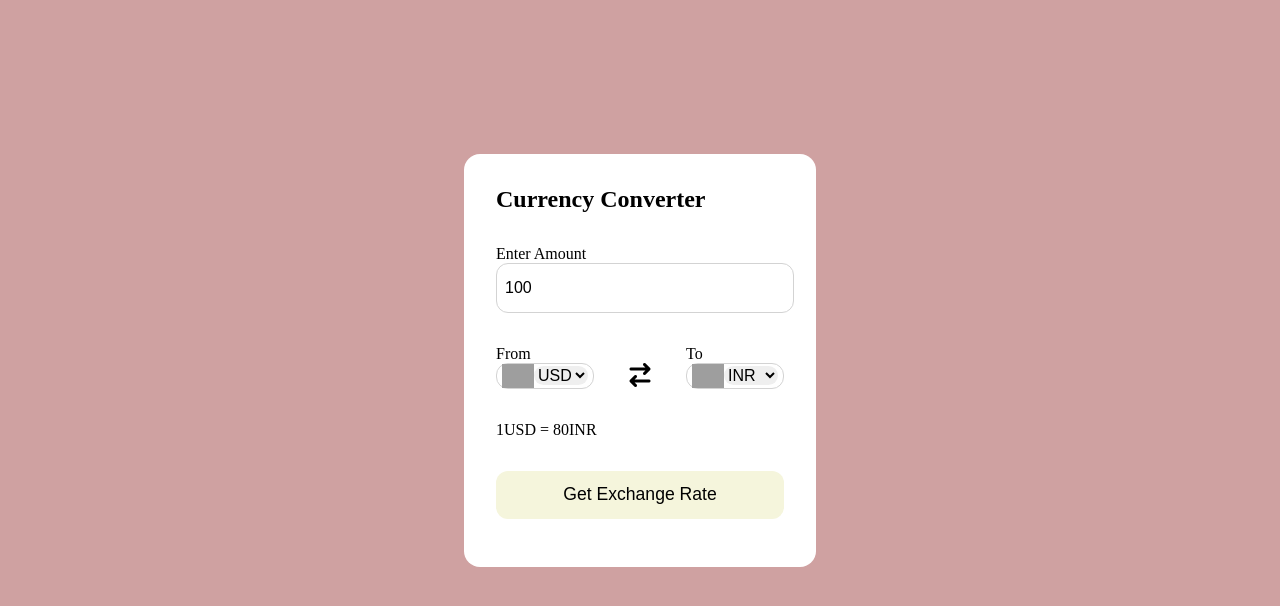
Repository: Chiranshukapil/Currency-Converter
Page: index.html
The author's editor kept a copy of each file at every save. The page is drawn from the files as they stood at one save, then again after the next save.
The browser window is 1280 px wide. The pictures show the whole page.
Pictures or frames that could not be fetched are drawn as grey boxes.

Above is the page before, as saved 2024-07-01 04:36:01.

### index.html
<!DOCTYPE html>
<html lang="en">
<head>
    <meta charset="UTF-8">
    <meta name="viewport" content="width=device-width, initial-scale=1.0">
    <title>Currency Converter</title>
    <link rel="stylesheet" href="style.css">
    <link rel="stylesheet" href="https://cdnjs.cloudflare.com/ajax/libs/font-awesome/6.5.2/css/all.min.css" integrity="sha512-SnH5WK+bZxgPHs44uWIX+LLJAJ9/2PkPKZ5QiAj6Ta86w+fsb2TkcmfRyVX3pBnMFcV7oQPJkl9QevSCWr3W6A==" crossorigin="anonymous" referrerpolicy="no-referrer" />
</head>
<body>
    <div class="container">
        <h2>Currency Converter</h2>
        <form>
            <div class="amount">
                <p>Enter Amount</p>
                <input value="100" type="text">
            </div>
            <div class="dropdown">
                <div class="from">
                    <p>From</p>
                    <div class="select-container">
                        <img src="https://flagsapi.com/US/flat/64.png">
                        <select name="from">
                            <option value="USD">USD</option>
                            <option value="INR">INR</option>
                            <option value="EUR">EUR</option>
                            <option value="AUD">AUD</option>
                        </select>
                    </div>
                </div>
                <i class="fa-solid fa-arrow-right-arrow-left"></i>
                <div class="to">
                    <p>To</p>
                    <div class="select-container">
                        <img src="https://flagsapi.com/IN/flat/64.png">
                        <select name="to">
                            <option value="USD">USD</option>
                            <option value="INR" selected>INR</option>
                            <option value="EUR">EUR</option>
                            <option value="AUD">AUD</option>
                        </select>
                    </div>
                </div>
            </div>
            <div class="msg">1USD = 80INR</div>
            <button>Get Exchange Rate</button>
        </form>
    </div>



    <script src="script.js"></script>
</body>
</html>

### style.css
*{
    margin: 0;
    padding: 0;
}

html,body{
    height: 100%;
    width: 100%;
    display: flex;
    flex-direction: column;
    align-items: center;
    justify-content: center;
    background-color: rgb(207, 161, 161);
}
.container{
    /* display: flex;
    flex-direction: column;
    text-align: center;
    align-items: center;
    justify-content: center; */
    background-color: white;
    padding: 2rem;
    border-radius: 1rem;
    min-height: 45vh;
    width: 40vh;
}

form{
    margin: 2rem 0 1rem 0;
}

form select,button,input{
    width: 100%;
    border: none;
    outline: none;
    border-radius: 0.75rem;
}

form input{
    border: 1px solid lightgray;
    font-size: 1rem;
    height: 3rem;
    padding-left: 0.5rem;
}

.dropdown{
    display: flex;
    justify-content: space-between;
    align-items: center;
    margin-top: 2rem;
}

.dropdown i{
    font-size: 1.5rem;
    margin-top: 1rem;
}

.select-container img{
    max-width: 2rem;
}

.select-container{
    display: flex;
    justify-content: center;
    align-items: center;
    width: 6rem;
    border-radius: 0.75rem;
    border: 1px solid lightgray;
}

.select-container select{
    font-size: 1rem;
    width: auto;
}

.msg{
    margin: 2rem 0;
}

form button{
    height: 3rem;
    cursor: pointer;
    font-size: 1.1rem;
    background-color: beige;
}

Loaded but not shown: script.js (no copy from this time; the picture is the same without it)

After the next save:
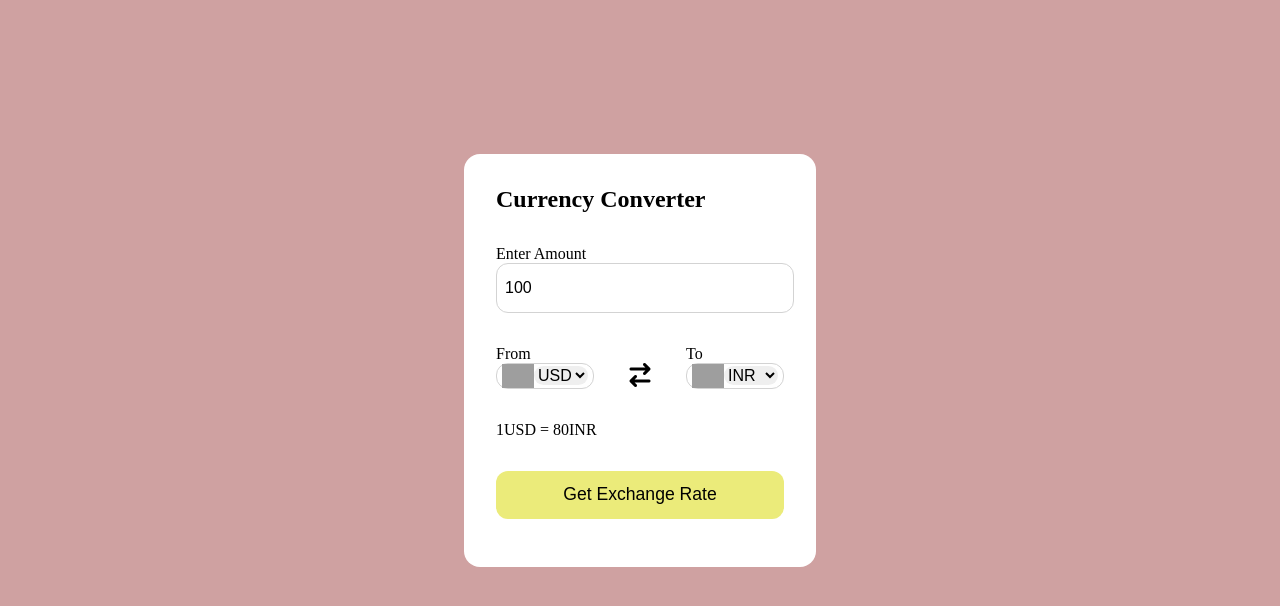
Saved 6 s later.
--- a/style.css
+++ b/style.css
@@ -81,5 +81,5 @@ form button{
     height: 3rem;
     cursor: pointer;
     font-size: 1.1rem;
-    background-color: beige;
+    background-color: rgb(235, 235, 122);
 }
